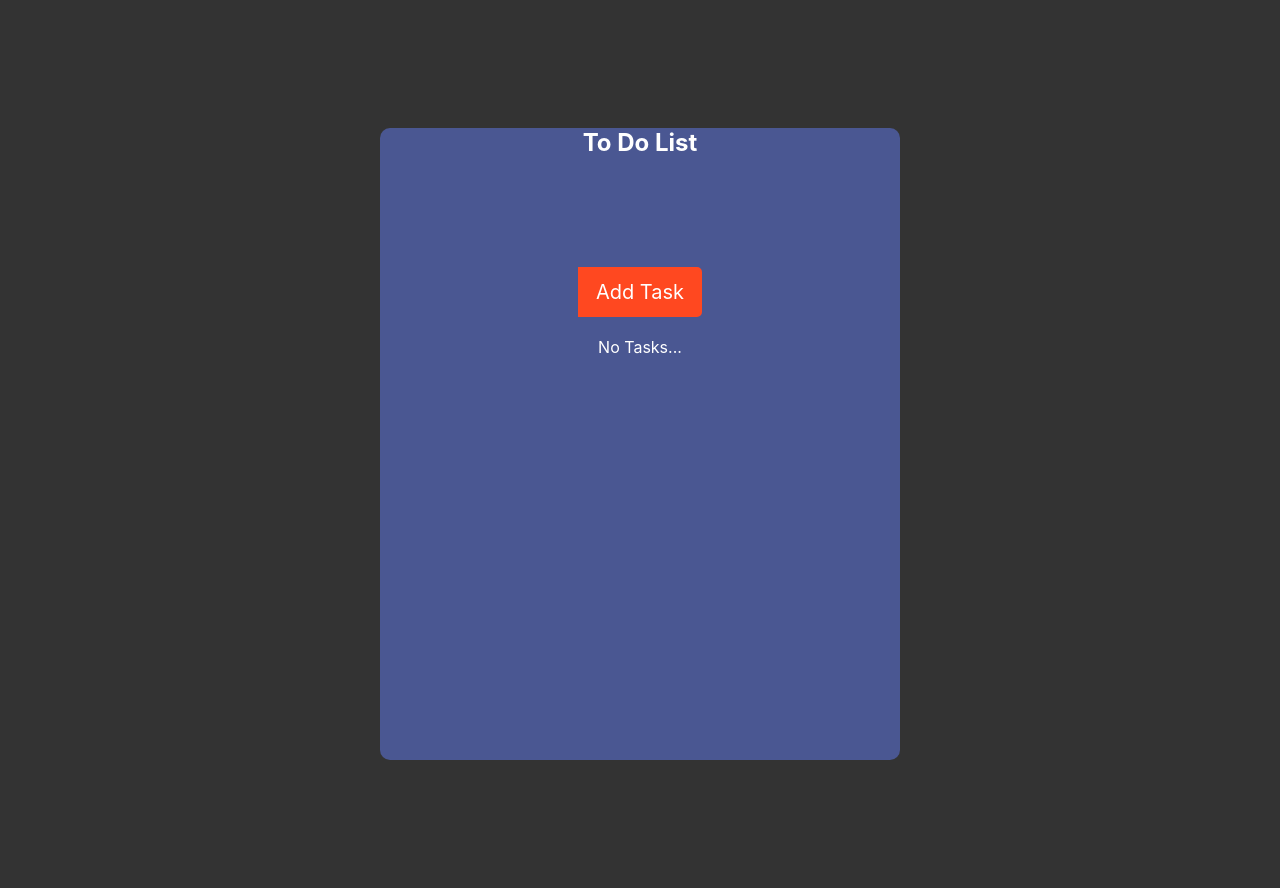
Repository: kirangautam45/ToDoList
Page: /
These files come from the project's save history. The page is drawn as it stood at one moment and after the next save; the edit follows.
The browser window is 1280 px wide. The pictures show the whole page.
The project was rebuilt for these pictures with package versions that can differ from the ones it lists, and the page was loaded fresh each time. Also part of the build but not shown: src/components/Update.js.

Above is the page before, as saved 2022-08-07 20:38:57.

### src/App.js
import { useState } from "react";
import TodoForm from "./components/TodoForm";
import Update from "./components/Update";
import ToDo from "./components/Todo";

import "./App.css";

function App() {
  // Tasks (To Do List) State
  const [toDo, setToDo] = useState([]);
  const [newTask, setNewTask] = useState("");
  const [updateData, setUpdateData] = useState("");


  // Add task
  const addTask = () => {
    if (newTask) {
      let num = toDo.length + 1;
      let newEntry = { id: num, title: newTask, status: false };
      setToDo([...toDo, newEntry]);
      setNewTask("");
    }
  };

  // Delete task
  const deleteTask = (id) => {
    let newTasks = toDo.filter((task) => task.id !== id);
    setToDo(newTasks);
  };

  // Mark task as completed
  const markDone = (id) => {
    let newTask = toDo.map((task) => {
      if (task.id === id) {
        return { ...task, status: !task.status };
      }
      return task;
    });
    setToDo(newTask);
  };

  // Cancel update
  const cancelUpdate = () => {
    setUpdateData("");
  };

  // Change task for update
  const changeTask = (e) => {
    let newEntry = {
      id: updateData.id,
      title: e.target.value,
      status: updateData.status ? true : false,
    };
    setUpdateData(newEntry);
  };

  // Update task
  const updateTask = () => {
    let filterRecords = [...toDo].filter((task) => task.id !== updateData.id);
    let updatedObject = [...filterRecords, updateData];
    setToDo(updatedObject);
    setUpdateData("");
  };
  // search task

  return (
    <div className="container">
      <h2>To Do List</h2>
      <br />
      <br />

      {updateData && updateData ? (
        <Update
          updateData={updateData}
          changeTask={changeTask}
          updateTask={updateTask}
          cancelUpdate={cancelUpdate}
        />
      ) : (
        <TodoForm newTask={newTask} setNewTask={setNewTask} addTask={addTask} />
      )}

      {toDo && toDo.length ? "" : "No Tasks..."}

      <ToDo
        toDo={toDo}
        markDone={markDone}
        setUpdateData={setUpdateData}
        deleteTask={deleteTask}
      />

    </div>
  );
}

export default App;

### src/components/TodoForm.js
import React from "react";

const TodoForm = ({ newTask, setNewTask, addTask }) => {
  return (
    <div>
      <div className="row">
        <div className="col">
          <input
            value={newTask}
            onChange={(e) => setNewTask(e.target.value)}
            className="form-control"
          />
        </div>
        <div className="col-auto">
          <button onClick={addTask} className="btn-success">
            Add Task
          </button>
        </div>
      </div>
      <br />
    </div>
  );
};

export default TodoForm;

### src/components/Todo.js
import React from "react";
import { FontAwesomeIcon } from "@fortawesome/react-fontawesome";
import {
  faCircleCheck,
  faPen,
  faTrashCan,
} from "@fortawesome/free-solid-svg-icons";
const Todo = ({ toDo, markDone, setUpdateData, deleteTask }) => {
  return (
    <div>
      {toDo &&
        toDo
          .sort((a, b) => (a.id > b.id ? 1 : -1))
          .map((task, index) => {
            return (
              <React.Fragment key={task.id}>
                <div className="col taskBg">
                  <div className={task.status ? "done" : ""}>
                    <span className="taskNumber">{index + 1}</span>
                    <span className="taskText">{task.title}</span>
                  </div>
                  <div className="iconsWrap">
                    <span
                      title="Completed / Not Completed"
                      onClick={(e) => markDone(task.id)}
                    >
                      <FontAwesomeIcon icon={faCircleCheck} />
                    </span>

                    {task.status ? null : (
                      <span
                        title="Edit"
                        onClick={() =>
                          setUpdateData({
                            id: task.id,
                            title: task.title,
                            status: task.status ? true : false,
                          })
                        }
                      >
                        <FontAwesomeIcon icon={faPen} />
                      </span>
                    )}

                    <span title="Delete" onClick={() => deleteTask(task.id)}>
                      <FontAwesomeIcon icon={faTrashCan} />
                    </span>
                  </div>
                </div>
              </React.Fragment>
            );
          })}
    </div>
  );
};

export default Todo;

### src/App.css
body {
  background-color: #333;
  color: #fff;
}

.container{

  flex-direction: column;
  justify-content: start;
  width: 520px;
  min-height: 600px;
  background: #4a5792;
  text-align: center;
  margin: 128px auto;
  border-radius: 10px;
  padding-bottom: 32px;
}

.taskBg {
  background-color: rgb(130, 94, 94);
  border-radius: 6px;
  margin-bottom: 20px;
  padding: 10px 140px 10px 15px;
  text-align: left;
  font-size: 22px;
  position: relative;
}

.taskBg div {
  display: flex;
  align-items: center;
}

.taskNumber {
  color: rgb(180, 84, 84);
  border: 1px solid rgb(108, 39, 39);
  border-radius: 50%;
  width: 26px;
  height: 26px;
  display: flex;
  text-align: center;
  font-size: 14px;
  margin-right: 8px;
  align-items: center;
  justify-content: center;
}

.taskBg .taskText {
  flex: 1;
}

.taskBg .done .taskText {
  text-decoration: line-through;
  opacity: 0.8;
}

.taskBg .iconsWrap {
  position: absolute;
  top: 50%;
  transform: translateY(-50%);
  right: 15px;
  width: auto;
  display: inline-block;
}

.taskBg .iconsWrap span {
  display: inline-block;
  margin: 0px 10px 0 10px;
  cursor: pointer;
  color: #94e2be;
}

.taskBg .iconsWrap span:hover {
  color: rgb(250, 250, 23);
}

.mr-20 {
  margin-right: 20px;
}
.btn-success{
  flex: 0.6;
    min-height: 50px;
    font-family: var(--font-family);
    font-weight: 400;
    font-size: 20px;
    line-height: 28px;
    background: #FF4820;
    border: 2px solid #FF4820;
    padding: 0 1rem;
    color: #fff;
    cursor: pointer;
    outline: none;
    border-top-right-radius: 5px;
    border-bottom-right-radius: 5px;
}
.form-control{
  flex: 2;
  width: 100%;
  min-height: 50px;
  font-family: var(--font-family);
  font-weight: 400;
  font-size: 20px;
  line-height: 28px;
  background: var(--color-footer);
  border: 2px solid var(--color-footer);
  padding: 0 1rem;
  outline: none;
  color: #fff;
  border-top-left-radius: 5px;
  border-bottom-left-radius: 5px;
}

Loaded but not shown: public/index.html (common file); src/index.js (common file); src/index.css (common file); src/reportWebVitals.js (common file)

After the next save:
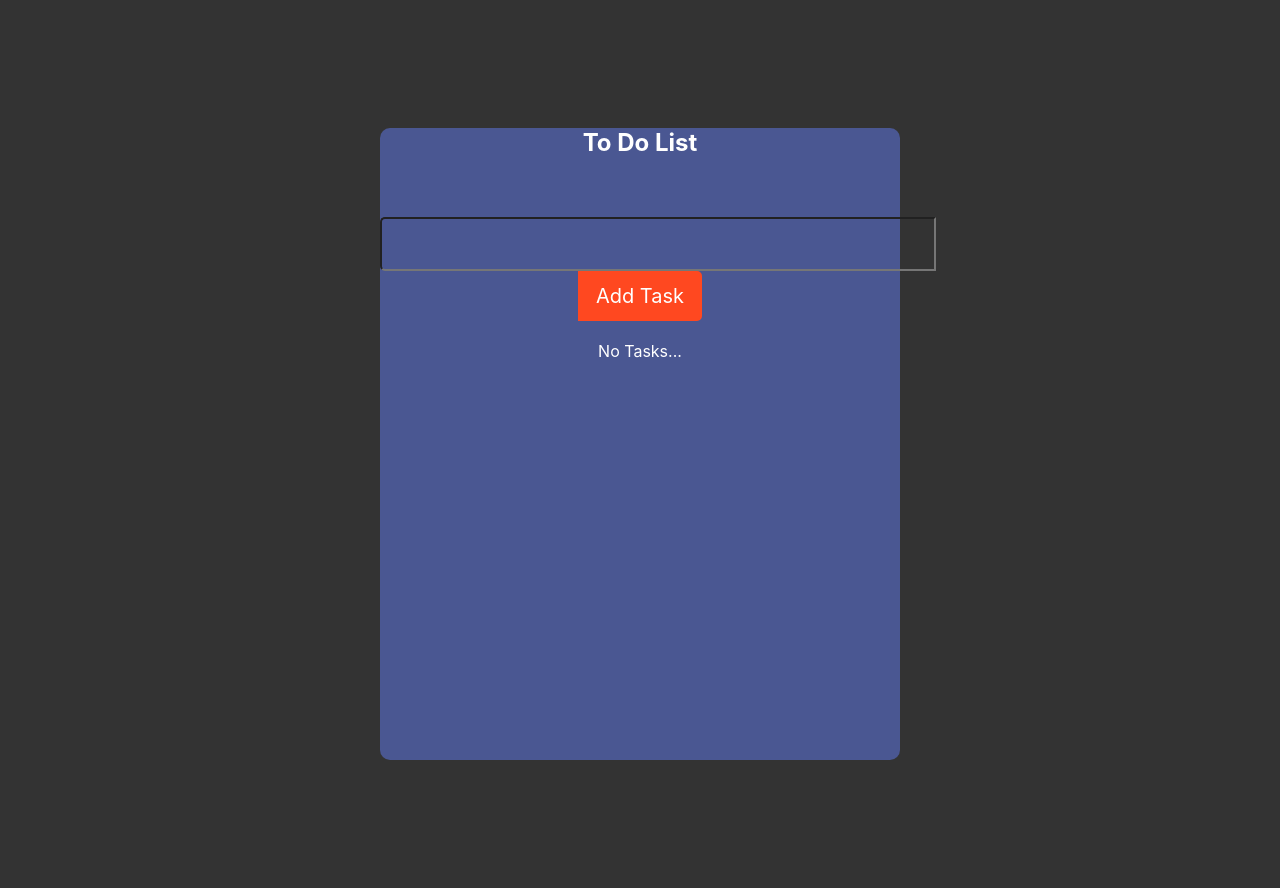
Saved 32 s later.
--- a/src/App.css
+++ b/src/App.css
@@ -102,7 +102,6 @@ body {
   font-size: 20px;
   line-height: 28px;
   background: var(--color-footer);
-  border: 2px solid var(--color-footer);
   padding: 0 1rem;
   outline: none;
   color: #fff;
